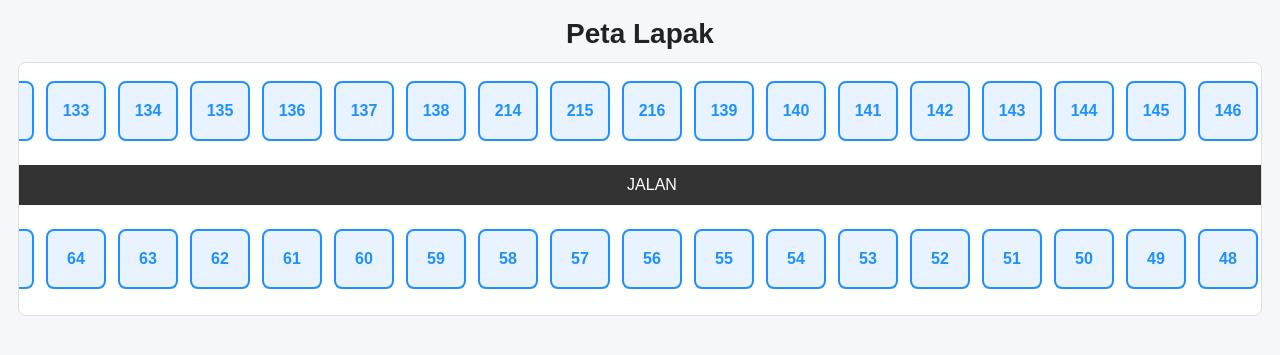
Repository: pasarrakyatbak/denah
Page: index.html
The author's editor kept a copy of each file at every save. The page is drawn from the files as they stood at one save, then again after the next save.
The browser window is 1280 px wide. The pictures show the whole page.

Above is the page before, as saved 2025-09-19 08:25:11.
Console error: TypeError: Cannot read properties of null (reading 'insertAdjacentElement')

After the next save:
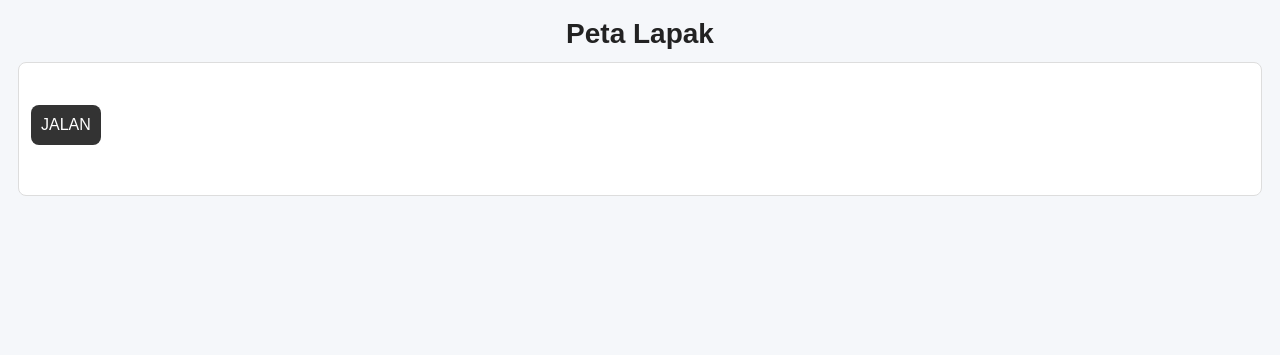
Console error: SyntaxError: Identifier 'road' has already been declared
Saved 15 s later.
--- a/script.js
+++ b/script.js
@@ -77,11 +77,22 @@
     clearTimeout(window._adjustTimeout);
     window._adjustTimeout = setTimeout(adjustRoadAndWidth, 120);
 });
-// Tambahkan Gapura di antara lapak 57 (kiri) dan 216 (kanan)
-const roadLayout = document.querySelector(".road-layout");
+// Pilih container jalan
+const road = document.getElementById("road");
+
+// Buat elemen gapura
 const gapura = document.createElement("div");
 gapura.className = "gapura";
 gapura.textContent = "🌸 GAPURA SELAMAT DATANG 🌸";
 
-// Sisipkan gapura setelah elemen .road
-roadLayout.insertAdjacentElement("afterend", gapura);
+// Sisipkan gapura di dalam scroll-container
+document.querySelector(".scroll-container").appendChild(gapura);
+
+// Posisi gapura bisa diatur sesuai lapak tertentu
+// Misal lapak 57 (kiri) dan 216 (kanan) -> hitung posisi tengah
+const totalLapak = 216;
+const lapak57Pos = 57 / totalLapak * 100;
+const lapak216Pos = 216 / totalLapak * 100;
+const gapuraPos = (lapak57Pos + lapak216Pos) / 2;
+
+gapura.style.left = `${gapuraPos}%`;

After the save that followed:
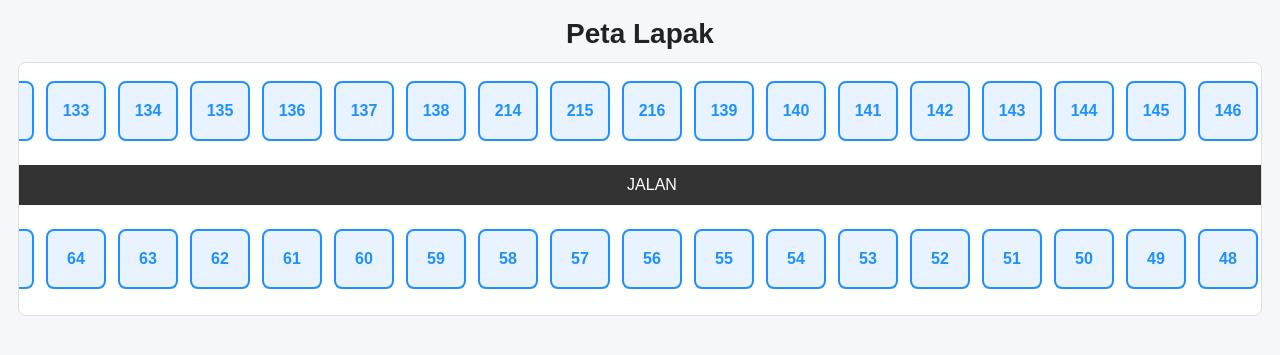
The error is gone.
Saved 10 s later.
--- a/script.js
+++ b/script.js
@@ -77,22 +77,3 @@
     clearTimeout(window._adjustTimeout);
     window._adjustTimeout = setTimeout(adjustRoadAndWidth, 120);
 });
-// Pilih container jalan
-const road = document.getElementById("road");
-
-// Buat elemen gapura
-const gapura = document.createElement("div");
-gapura.className = "gapura";
-gapura.textContent = "🌸 GAPURA SELAMAT DATANG 🌸";
-
-// Sisipkan gapura di dalam scroll-container
-document.querySelector(".scroll-container").appendChild(gapura);
-
-// Posisi gapura bisa diatur sesuai lapak tertentu
-// Misal lapak 57 (kiri) dan 216 (kanan) -> hitung posisi tengah
-const totalLapak = 216;
-const lapak57Pos = 57 / totalLapak * 100;
-const lapak216Pos = 216 / totalLapak * 100;
-const gapuraPos = (lapak57Pos + lapak216Pos) / 2;
-
-gapura.style.left = `${gapuraPos}%`;
